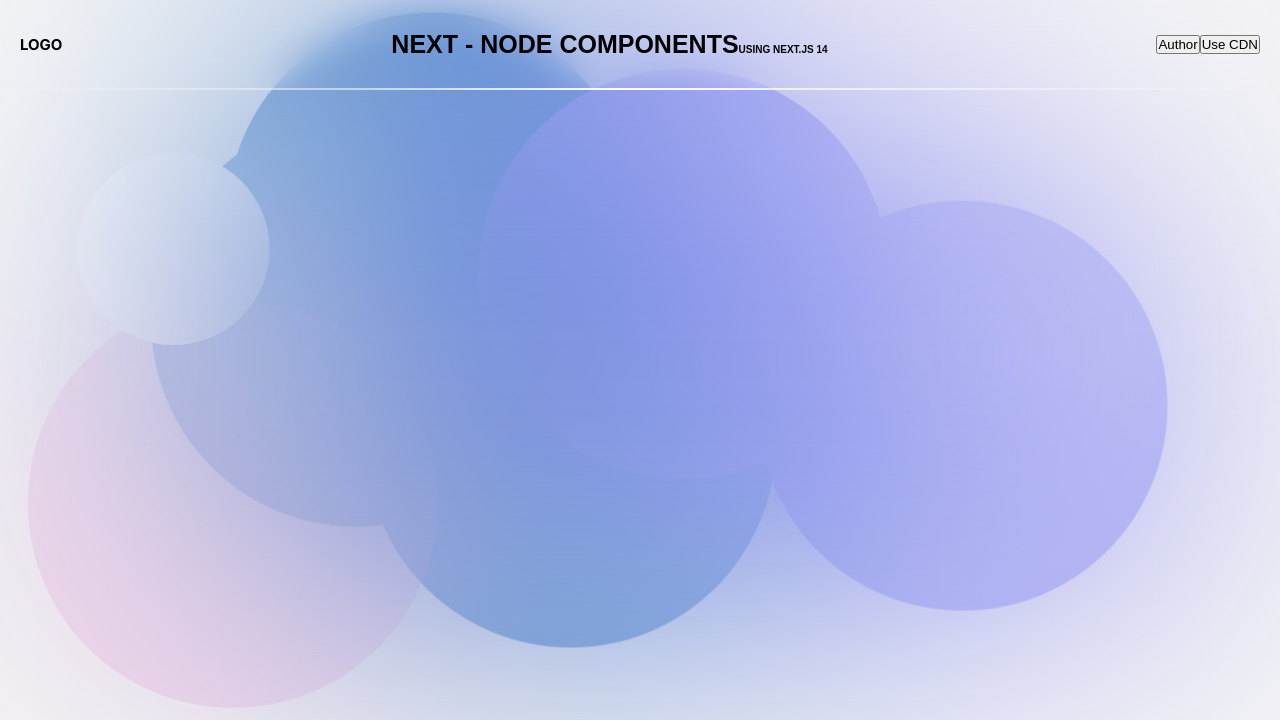
Repository: keval-gohil/komponents
Page: /
An editor plug-in stored every save of this project. The page is shown before and after the next save, followed by the edit.
The browser window is 1280 px wide. The pictures show the whole page.
Some web fonts or font styles are not loaded; a fallback is used. The project was rebuilt for these pictures with package versions that can differ from the ones it lists, and the page was loaded fresh each time. The framework's server and built-in components were replaced by stand-ins that run in the browser. Also part of the build but not shown: next.config.mjs.

Above is the page before, as saved 2024-03-07 12:25:07.

After the next save:
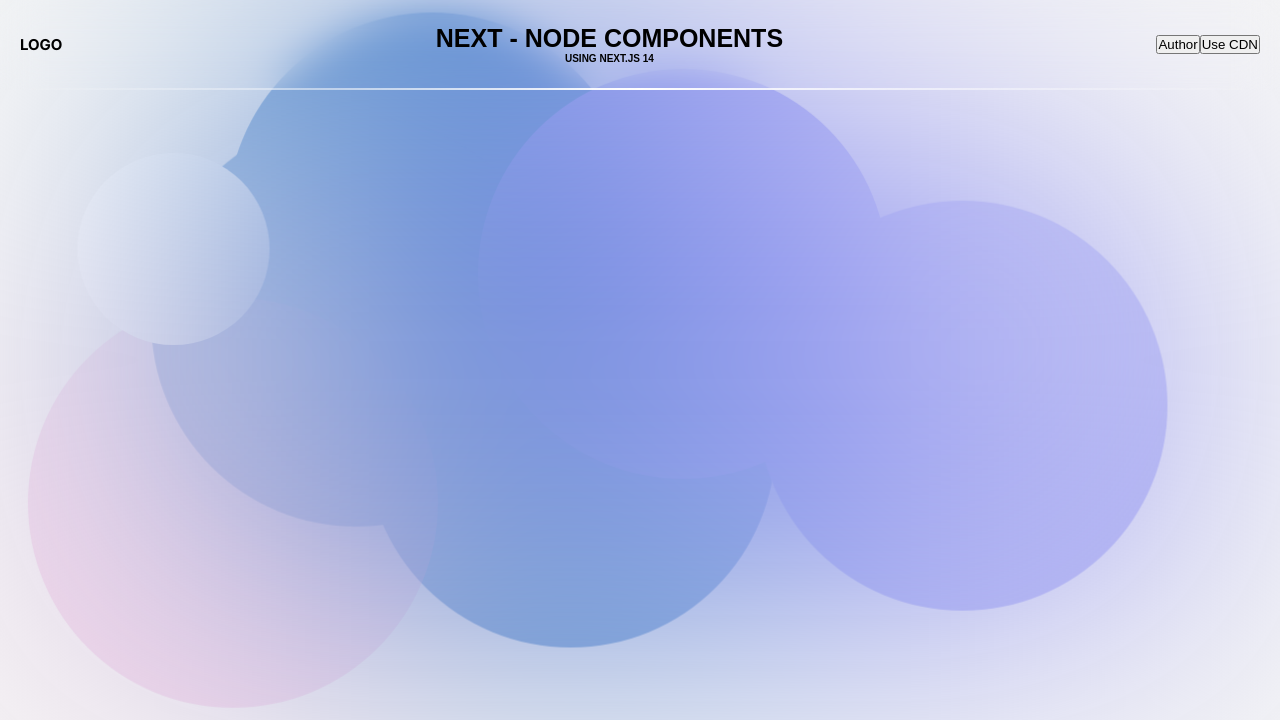
Saved 10 s later.
--- a/components/reuse/styles/style.css
+++ b/components/reuse/styles/style.css
@@ -15,7 +15,8 @@
 }
 
 nav h2{
-    display: inline-block;
+    display: flex;
+    flex-direction: column;
     text-align: center;
     font-family: "Anta", sans-serif;
     text-transform: uppercase;
